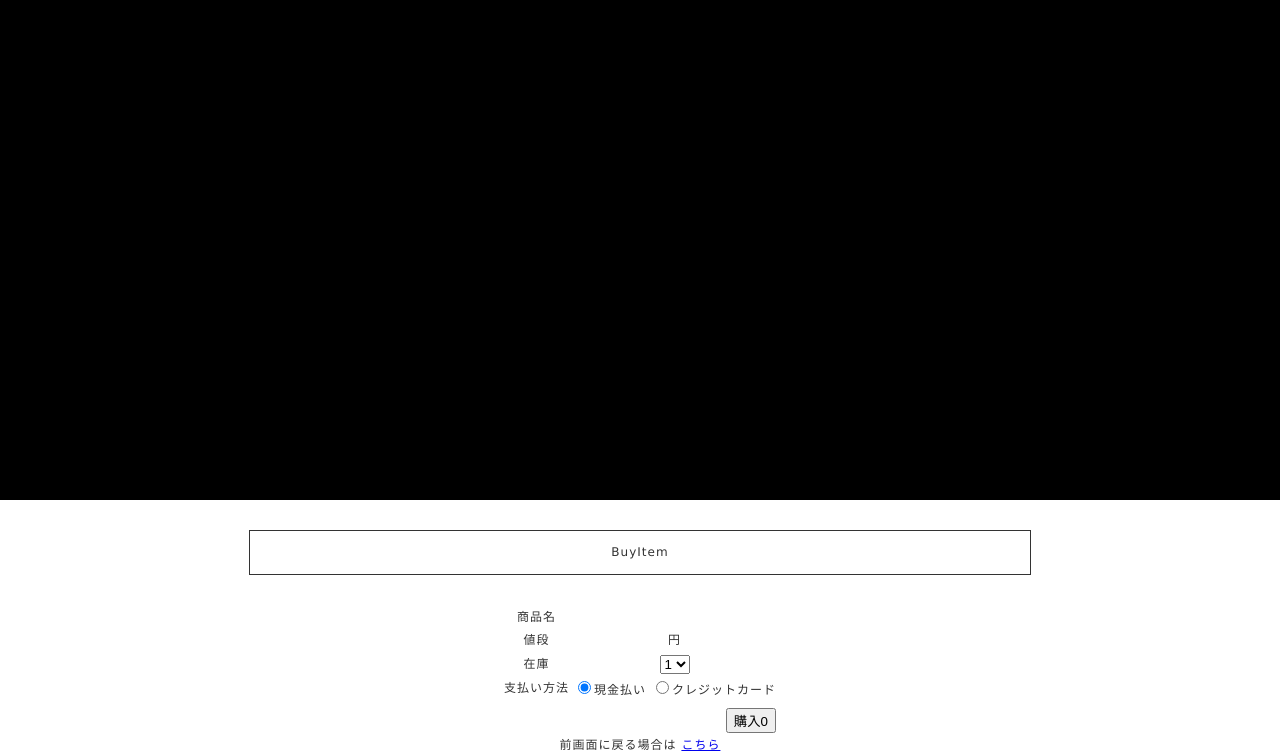
Repository: ichiharashu/test2
Page: http://localhost/template/buyItem.jsp
The author's editor kept a copy of each file at every save. The page is drawn from the files as they stood at one save, then again after the next save.
The browser window is 1280 px wide. The pictures show the whole page.
The page is served by Tomcat 9.

Above is the page before, as saved 2018-12-14 11:24:42.

After the next save:
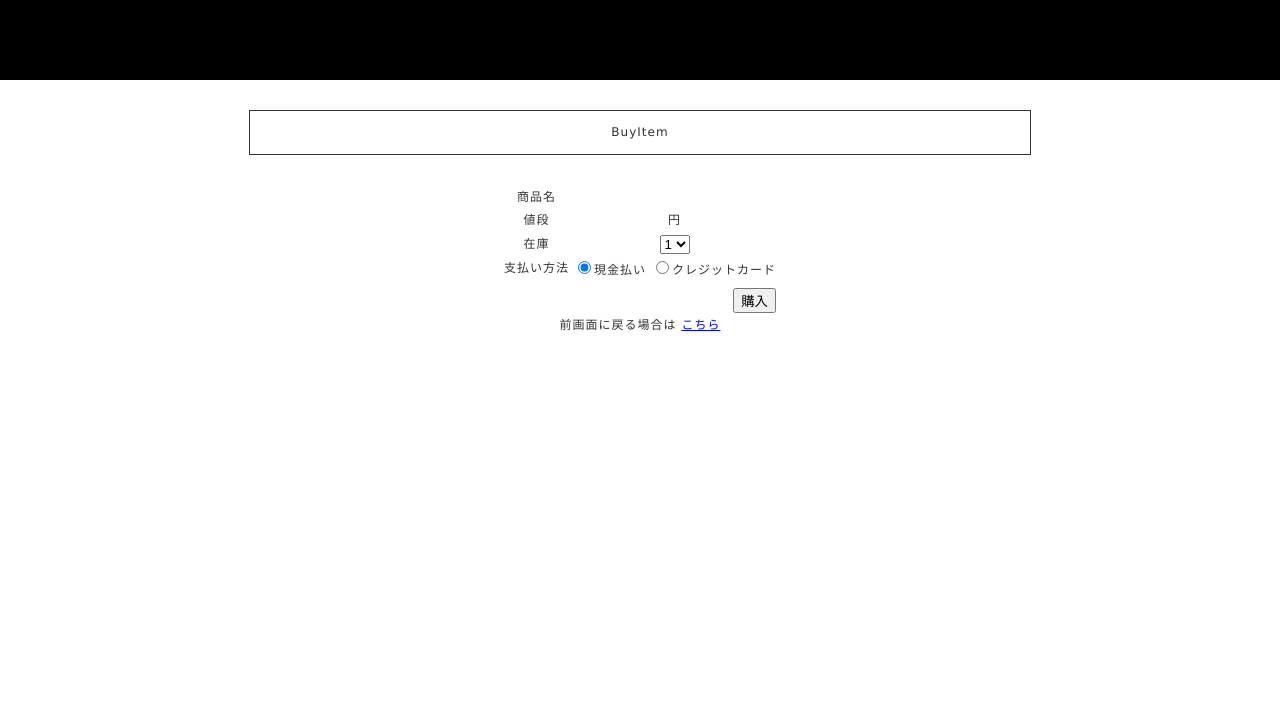
Saved 6 min 31 s later.
--- a/template/WebContent/buyItem.jsp
+++ b/template/WebContent/buyItem.jsp
@@ -40,13 +40,13 @@ border:1px solid #333;
 
 #header{
 width:100%;
-height:500px;
+height:80px;
 background-color:black;
 }
 
 #main{
 width:100%;
-height:80px;
+height:500px;
 text-align:center;
 }
 
@@ -54,7 +54,7 @@ text-align:center;
 width:100%:
 height:80px;
 background-color:black;
-clear:bath;
+clear:both;
 }
 </style>
 </head>
@@ -79,7 +79,7 @@ clear:bath;
 <span>商品名</span>
 </td>
 <td>
-<s:property value="session,buyItem_name"/>
+<s:property value="session.buyItem_name"/>
 </td>
 </tr>
 
@@ -88,7 +88,7 @@ clear:bath;
 <span>値段</span>
 </td>
 <td>
-<s:property value="session,buyItem_price"/>
+<s:property value="session.buyItem_price"/>
 <span>円</span>
 </td>
 </tr>
@@ -120,7 +120,7 @@ clear:bath;
 
 <tr>
 <td>
-<s:submit value="購入0"/>
+<s:submit value="購入"/>
 </td>
 </tr>
 </table>
